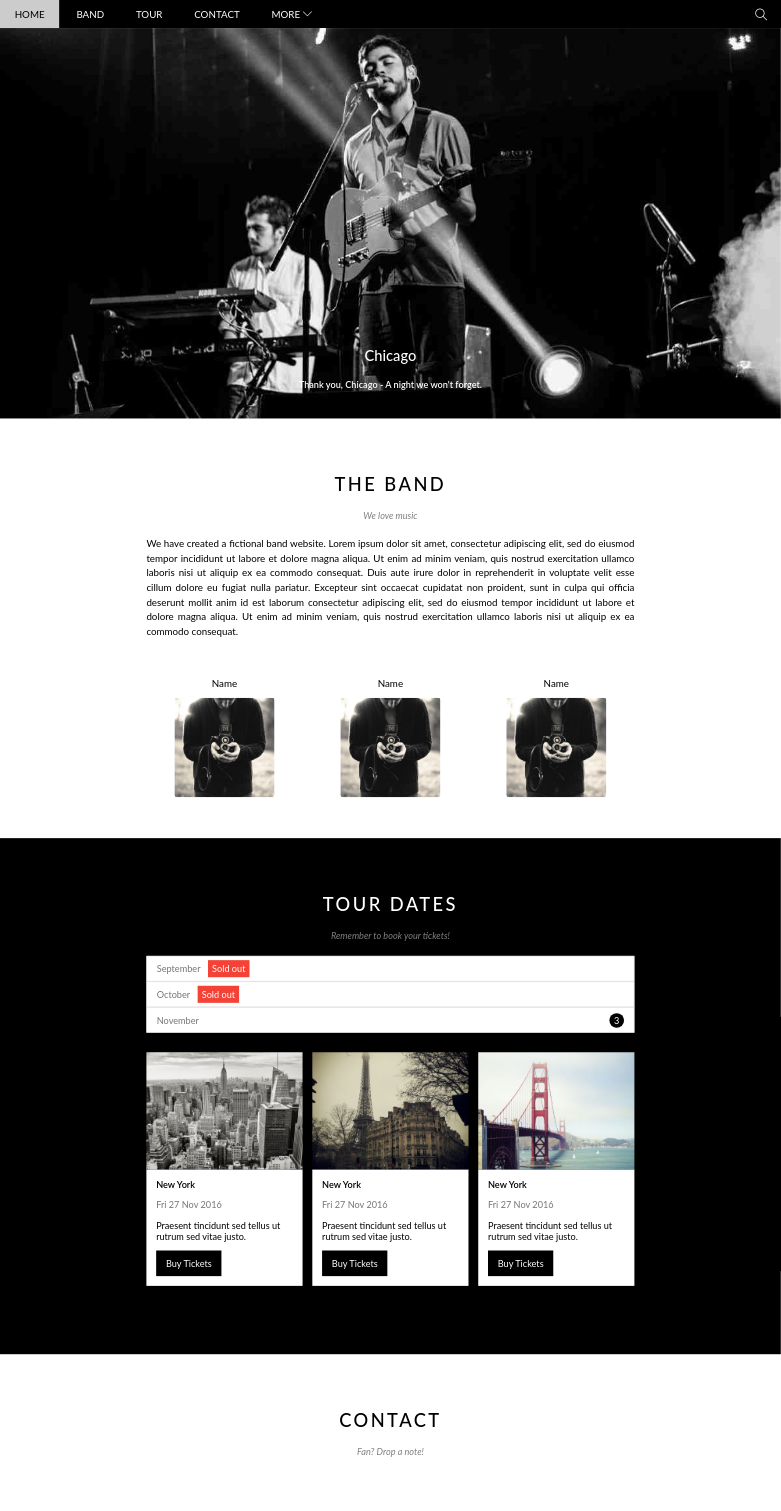
Repository: tatvanhco/web-dau-tay
Page: index.html
The author's editor kept a copy of each file at every save. The page is drawn from the files as they stood at one save, then again after the next save.
The browser window is 1280 px wide. The pictures show the whole page, at 61% of full size.

Above is the page before, as saved 2022-01-23 20:55:07.

### index.html
<!DOCTYPE html>
<html lang="en">
<head>
    <meta charset="UTF-8">
    <!-- <meta http-equiv="X-UA-Compatible" content="IE=edge"> -->
    <meta name="viewport" content="width=device-width, initial-scale=1.0">
    <title>the band</title>
    <link rel="shortcut icon" href="./assets/img/band/logo.png" type="image/x-icon">
    <link rel="stylesheet" href="./assets/fronts/themify-icons/themify-icons.css">
    <link rel="stylesheet" href="./assets/css/style.css">
    <link rel="stylesheet" href="./assets/css/responsive.css">
</head>
<body>
    <div id="main">
        <div id="header">
            <ul id="nav">
                <li><a href="#">home</a></li>
                <li><a href="#">band</a></li>
                <li><a href="#">tour</a></li>
                <li><a href="#">contact</a></li>
                <li>
                    <a href="#">more
                        <i class="drop-down ti-angle-down"></i>
                    </a>
                    <div class="subnav">
                        <ul>
                            <li><a href="">Merchandise</a></li>
                            <li><a href="">Extras</a></li>
                            <li><a href="">Media</a></li>
                        </ul>
                    </div>
                </li>
            </ul>
            <div class="search-btn">
                <i class="search-icon ti-search"></i>
            </div>
        </div>
        <div id="slide">
            <div class="text-content">
                <h2 class="text-heading">Chicago</h2>
                <div class="text-desc">Thank you, Chicago - A night we won't forget.</div>
            </div>
        </div>
        <div id="content">
            <div class="content-section">
                <h2 class="section-heading">THE BAND</h2>
                <p class="section-sub-heading">We love music</p>
                <p class="about">
                    We have created a fictional band website. Lorem ipsum dolor sit amet, consectetur adipiscing elit, sed do eiusmod tempor incididunt ut labore et dolore magna aliqua. Ut enim ad minim veniam, quis nostrud exercitation ullamco laboris nisi ut aliquip ex ea commodo consequat. Duis aute irure dolor in reprehenderit in voluptate velit esse cillum dolore eu fugiat nulla pariatur. Excepteur sint occaecat cupidatat non proident, sunt in culpa qui officia deserunt mollit anim id est laborum consectetur adipiscing elit, sed do eiusmod tempor incididunt ut labore et dolore magna aliqua. Ut enim ad minim veniam, quis nostrud exercitation ullamco laboris nisi ut aliquip ex ea commodo consequat.
                </p>
                <div class="row team">
                    <div class="team-list">
                        <p class="team-name">Name</p>
                        <img src="./assets/img/band/member.jpg" >
                    </div>

                    <div class="team-list">
                        <p class="team-name">Name</p>
                        <img src="./assets/img/band/member.jpg" >
                    </div>

                    <div class="team-list">
                        <p class="team-name">Name</p>
                        <img src="./assets/img/band/member.jpg" >
                    </div>
                </div>
                <div class="clear"></div>
            </div>

            <div class="tour-section">
                <div class="content-section">
                    <h2 class="text-white section-heading">TOUR DATES</h2>
                    <p class="text-white section-sub-heading">Remember to book your tickets!</p>
                    <ul class="ticket-list">
                        <li>September<span class="soldout">Sold out</span></li>
                        <li>October<span class="soldout">Sold out</span></li>
                        <li>November<span class="quatity">3</span></li>
                    </ul>
                    <div class="row place-list">
                        <div class="col col-3">
                            <img src="./assets/img/places/place1.jpg" class="place-img">
                            <div class="place-body">
                                <h3 class="place-heading">New York</h3>
                                <p class="place-time">Fri 27 Nov 2016</p>
                                <p class="place-desc">Praesent tincidunt sed tellus ut rutrum sed vitae justo.</p>
                                <a href="#" class="place-buy-btn">Buy Tickets</a>
                            </div>
                        </div>
                        <div class="col col-3">
                            <img src="./assets/img/places/place2.jpg" class="place-img">
                            <div class="place-body">
                                <h3 class="place-heading">New York</h3>
                                <p class="place-time">Fri 27 Nov 2016</p>
                                <p class="place-desc">Praesent tincidunt sed tellus ut rutrum sed vitae justo.</p>
                                <a href="#" class="place-buy-btn">Buy Tickets</a>
                            </div>
                        </div>
                        <div class="col col-3">
                            <img src="./assets/img/places/place3.jpg" class="place-img">
                            <div class="place-body">
                                <h3 class="place-heading">New York</h3>
                                <p class="place-time">Fri 27 Nov 2016</p>
                                <p class="place-desc">Praesent tincidunt sed tellus ut rutrum sed vitae justo.</p>
                                <a href="#" class="place-buy-btn">Buy Tickets</a>
                            </div>
                        </div>
                        <div class="clear"></div>
                    </div>
                </div>
            </div>

            <div class="content-section">
                <h2 class="section-heading">CONTACT</h2>
                <p class="section-sub-heading">Fan? Drop a note!</p>
            </div>

        </div>

        <div id="footer">

        </div>
    </div>
</body>
</html>

### assets/css/style.css
/* reset trang */
* {
    margin: 0;
    padding: 0;
    box-sizing: border-box;
}

body {
    font-family: "Lato", sans-serif;
}
/* dùng chung */
.clear {
    clear: both;
}

.text-white {
    color: #fff !important;
}

.row {
    margin-left: -8px;
    margin-right: -8px;
}

.col {
    float: left;
    padding-left: 8px;
    padding-right: 8px;
}

.col-3 {
    width: 33.33333%;
}

.col-2 {
    width: 50%;
}
/* css từng thành phần */
#header {
    width: 100%;
    height: 46px;
    background-color: #000;
    position: fixed;
    top: 0;
    left: 0;
    right: 0;
    z-index: 1;
}
#nav {
    display: inline-block;
}

#nav > li {
    display: inline-block;
}

#nav li {
    position: relative;
    list-style-type: none;
}

#nav > li > a {
    color: #fff;
    text-transform: uppercase;
}

#nav li a {
    text-decoration: none;
    padding: 0 24px;
    line-height: 46px;
    display: block;

}

#nav li:hover .subnav {
    display: block;
}

#nav .subnav li:hover a,
#nav > li:hover > a {
    background-color: #ccc;
    color: #000;
}

#nav .subnav {
    display: none;
    min-width: 160px;
    position: absolute;
    top: 100%;
    left: 0;
    background-color: #fff;
    box-shadow: 0 0 10px rgba(0, 0, 0, 0.3);
}

#nav .subnav a {
    color: #000;
    padding: 0px 24px;
    line-height: 38px;
}

#header .search-btn {
    float: right;
    padding: 0 22px;
    cursor: pointer;
}

#header .search-btn:hover {
    background-color: #f44336;
}

#header .search-icon {
    color: #fff;
    font-size: 20px;
    line-height: 46px;
}

#slide {
    position: relative;
    margin-top: 46px;
    padding-top: 50%;
    background: url(/assets/img/slider/chicago.jpg) top center / cover no-repeat;
}

#slide .text-content {
    color: #fff;
    position: absolute;
    bottom: 47px;
    /* cách canh giữa
    left: 50%;
    transform: translateX(-50%); */
    width: 100%;
    text-align: center;
}

#slide .text-heading {
    font-weight: 500;
    font-size: 24px;
}

#slide .text-desc {
    font-weight: 600;
    margin-top: 25px;
    font-size: 15px;
}

#content {

}

#content .content-section {
    max-width: 800px;
    margin-left: auto;
    margin-right: auto;
    padding: 64px 0;
}

#content .section-heading,
#content .section-sub-heading {
    text-align: center;
    margin: 25px 0;
}

#content .section-heading {
    font-size: 30px;
    font-weight: 500;
    letter-spacing: 4px;
}

#content .section-sub-heading {
    font-size: 15px;
    opacity: 0.5;
    font-style: italic;
}

#content .about {
    text-align: justify;
    line-height: 1.5;
}

#content .team {
    margin-top: 48px;
}

#content .team-name {
    margin: 15px 0;
}

#content .team-list {
    float: left;
    width: 33.33333%;
    text-align: center;
}

#content .team-list img {
    width: 60%;
    border-radius: 4px;
    text-align: center;
}

.tour-section {
    background-color: #000;
}

.ticket-list {
    background-color: #fff;
}

.ticket-list li {
    color: #757575;
    list-style-type: none;
    font-size: 15px;
    border: 1px solid #ddd;
    padding: 11px 16px;
}

.ticket-list .soldout {
    color: #fff;
    margin-left: 12px;
    padding: 5px 7px;
    background-color: #f44336;
}

.ticket-list .quatity {
    float: right;
    width: 24px;
    height: 24px;
    border-radius: 50%;
    background-color: #000;
    color: #fff;
    text-align: center;
    line-height: 24px;
    margin-top: -2px;
}

.place-list {
    /* margin: 32px 48px; */
    margin-top: 32px;
    margin-bottom: 48px;
}

.place-img {
    width: 100%;
    display: block;
}

.place-img:hover {
    opacity: 0.6;
}

.place-body {
    background-color: #fff;
    padding: 16px;
    font-size: 15px;
}

.place-heading {
    font-size: 15px;
    font-weight: 600;
}

.place-time {
    color: #757575;
    margin-top: 15px;
}

.place-desc {
    margin-top: 15px;
}

.place-buy-btn {
    color: #fff;
    background-color: #000;
    text-decoration: none;
    padding: 12px 16px;
    margin-top: 15px;
    display: inline-block;
}

.place-buy-btn:hover {
    color: #000;
    background-color: #ccc;
}

Loaded but not shown: assets/fronts/themify-icons/themify-icons.css (common file); assets/css/responsive.css (no copy from this time; the picture is the same without it)

After the next save:
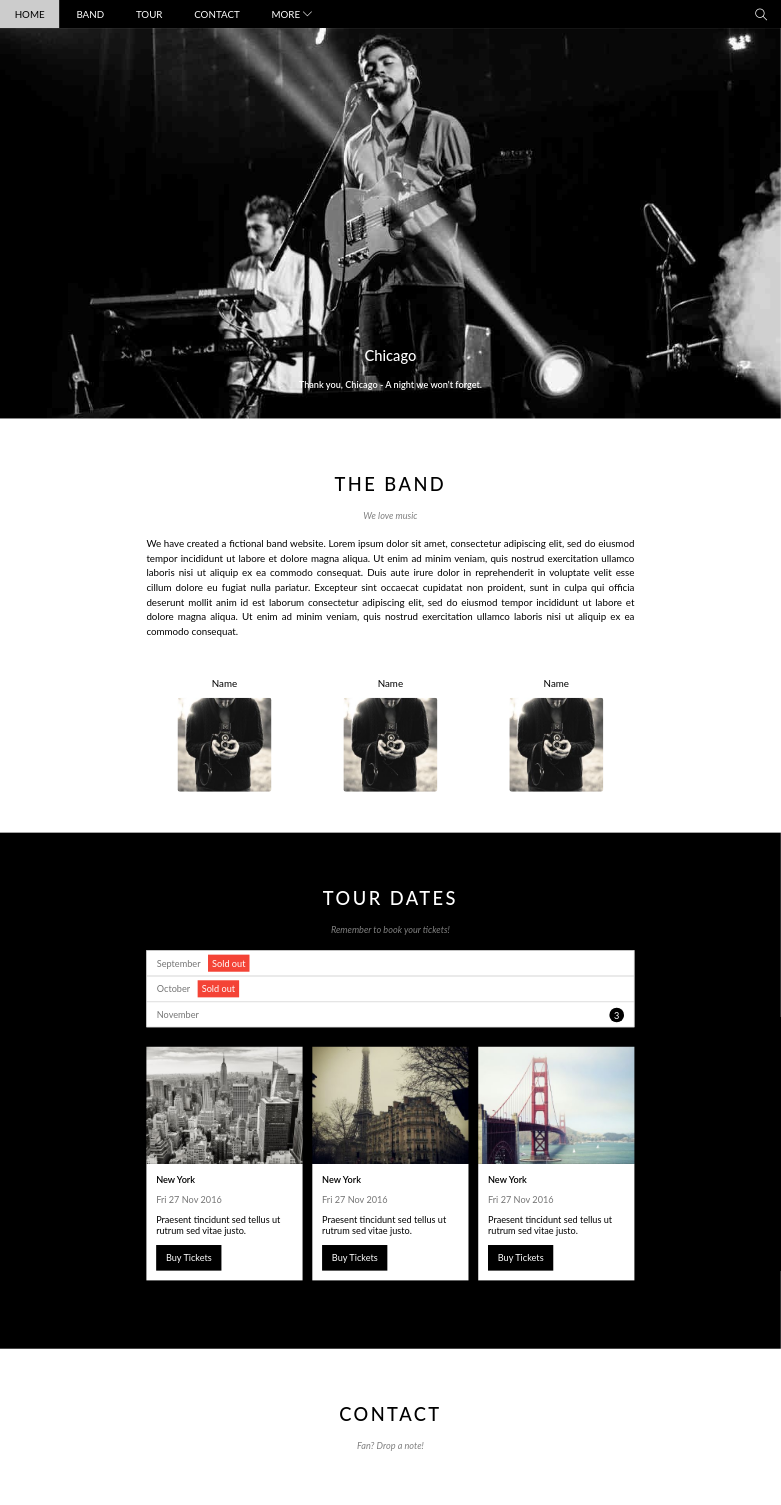
Saved 74 s later.
--- a/index.html
+++ b/index.html
@@ -49,17 +49,17 @@
                     We have created a fictional band website. Lorem ipsum dolor sit amet, consectetur adipiscing elit, sed do eiusmod tempor incididunt ut labore et dolore magna aliqua. Ut enim ad minim veniam, quis nostrud exercitation ullamco laboris nisi ut aliquip ex ea commodo consequat. Duis aute irure dolor in reprehenderit in voluptate velit esse cillum dolore eu fugiat nulla pariatur. Excepteur sint occaecat cupidatat non proident, sunt in culpa qui officia deserunt mollit anim id est laborum consectetur adipiscing elit, sed do eiusmod tempor incididunt ut labore et dolore magna aliqua. Ut enim ad minim veniam, quis nostrud exercitation ullamco laboris nisi ut aliquip ex ea commodo consequat.
                 </p>
                 <div class="row team">
-                    <div class="team-list">
+                    <div class="col col-3 team-list">
                         <p class="team-name">Name</p>
                         <img src="./assets/img/band/member.jpg" >
                     </div>
 
-                    <div class="team-list">
+                    <div class="col col-3 team-list">
                         <p class="team-name">Name</p>
                         <img src="./assets/img/band/member.jpg" >
                     </div>
 
-                    <div class="team-list">
+                    <div class="col col-3 team-list">
                         <p class="team-name">Name</p>
                         <img src="./assets/img/band/member.jpg" >
                     </div>
